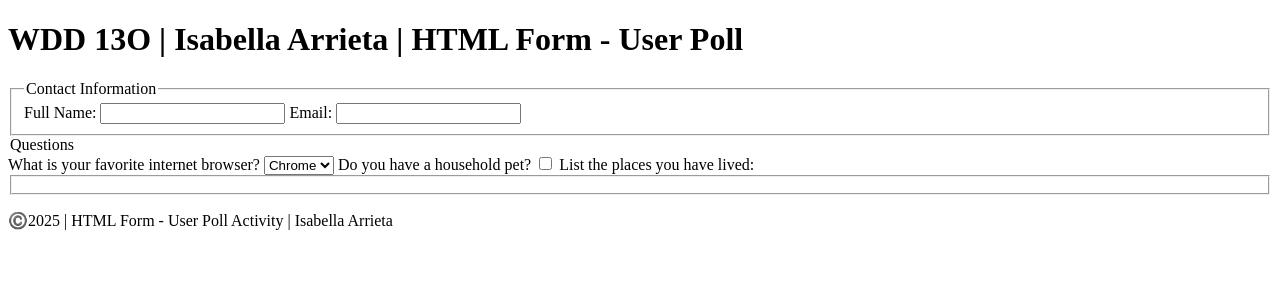
Repository: isaAJ05/wdd130
Page: week05/poll-form.html
The author's editor kept a copy of each file at every save. The page is drawn from the files as they stood at one save, then again after a run of saves.
The browser window is 1280 px wide. The pictures show the whole page.

Above is the page before, as saved 2025-06-14 18:21:37.

After the next 2 saves:
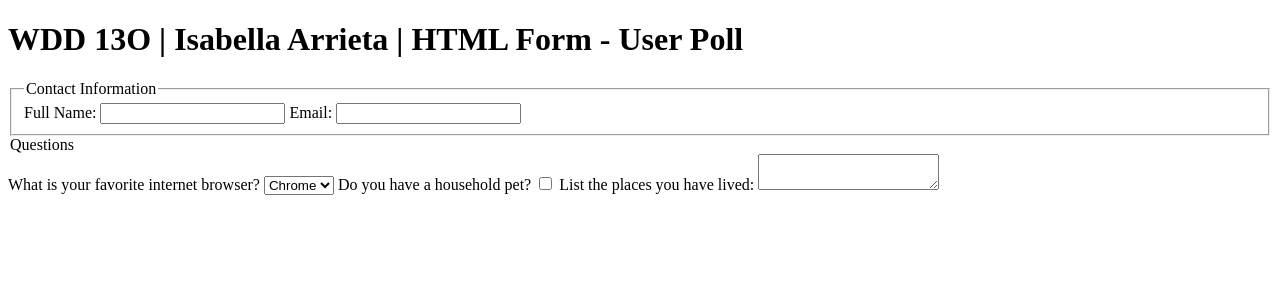
The 2 saves are shown as one change because they came seconds apart.
The last was saved 9 s later.
--- a/week05/poll-form.html
+++ b/week05/poll-form.html
@@ -29,6 +29,7 @@
                 <label for="pet">Do you have a household pet?</label>
                 <input type="checkbox" id="pet" name="pet">
                 <label for="feedback">List the places you have lived:</label>
+                <textarea id=""
             <fieldset>
 
             </fieldset>
